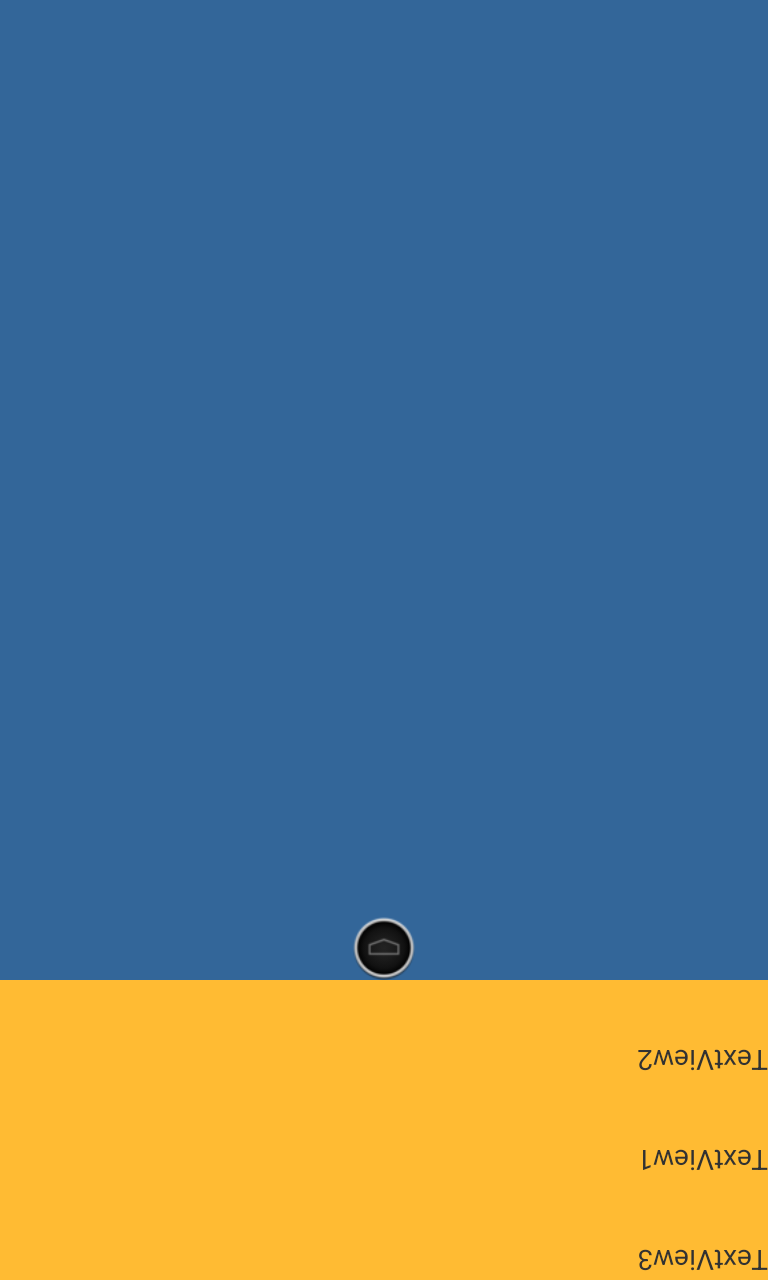
Repository: complexityclass/GosClient
Layout: Client/res/layout/activity_service.xml
These files come from the project's save history. The layout is drawn as it stood at one moment and after the next save; the edit follows.
It is drawn on a 768 x 1280 px phone screen (xhdpi) without system bars, with theme AppTheme; the app's code is not run. Lists and similar views that code fills are empty.

Above is the layout before, as saved 2013-04-19 14:33:17.

### Client/res/layout/activity_service.xml
<?xml version="1.0" encoding="utf-8"?>
<LinearLayout xmlns:android="http://schemas.android.com/apk/res/android"
    android:layout_width="fill_parent"
    android:layout_height="fill_parent"
    android:orientation="vertical" >

    <SlidingDrawer
        android:id="@+id/drawer"
        android:layout_width="fill_parent"
        android:layout_height="match_parent"
        android:background="#336699"
        android:content="@+id/content"
        android:handle="@+id/handle"
        android:rotation="0" >

        <LinearLayout
            android:id="@id/content"
            android:layout_width="fill_parent"
            android:layout_height="fill_parent"
            android:orientation="vertical"
            android:rotation="0" >

            <ExpandableListView
                android:id="@+id/exListView"
                android:layout_width="fill_parent"
                android:layout_height="wrap_content"
                android:background="@drawable/back"
                android:indicatorLeft="250dp"
                android:indicatorRight="300dp" />
        </LinearLayout>

        <LinearLayout
            android:id="@id/handle"
            android:layout_width="match_parent"
            android:layout_height="wrap_content"
            android:orientation="vertical"
            android:rotation="180" >

            <LinearLayout
                android:id="@+id/linlay"
                android:layout_width="match_parent"
                android:layout_height="wrap_content"
                android:orientation="vertical" >

                <TextView
                    android:id="@+id/textView3"
                    android:layout_width="match_parent"
                    android:layout_height="50dp"
                    android:background="@android:color/holo_orange_light"
                    android:text="TextView3" />

                <TextView
                    android:id="@+id/textView1"
                    android:layout_width="match_parent"
                    android:layout_height="50dp"
                    android:background="@android:color/holo_orange_light"
                    android:text="TextView1" />

                <TextView
                    android:id="@+id/textView2"
                    android:layout_width="match_parent"
                    android:layout_height="50dp"
                    android:background="@android:color/holo_orange_light"
                    android:text="TextView2" />
            </LinearLayout>

            <ImageView
                android:id="@+id/imageView23"
                android:layout_width="match_parent"
                android:layout_height="fill_parent"
                android:contentDescription="@string/Habarovsk"
                android:src="@drawable/upbutton" />
        </LinearLayout>
    </SlidingDrawer>

</LinearLayout>

### Client/res/values/strings.xml
<?xml version="1.0" encoding="utf-8"?>
<resources>

    <string name="app_name">Client</string>
    <string name="hello_world">Hello world!</string>
    <string name="menu_settings">Settings</string>
    <string name="title_activity_main">MainActivity</string>
    <string name="title_activity_about_us">About us</string>
    <string name="title_activity_news">News</string>
    <string name="title_activity_citizen_reg">Citizens</string>
    <string name="title_activity_agencies">Agencies</string>
    <string name="title_activity_areas_of">Areas</string>
    <string name="agencies_ru">Ведомства</string>
    <string name="about_project_ru">О проекте</string>
    <string name="areas_of_ru">Направления деятельности</string>
    <string name="news_ru">Новости</string>
    <string name="organizations_ru">Организациям</string>
    <string name="electronic_services_ru">Электронные услуги</string>
    <string name="life_situations_ru">Жизненные ситуации</string>
    <string name="information_ru">Информация</string>
    <string name="visitor_statistics_ru">Статистика посещений</string>
    <string name="search_news_ru">Поиск по новостям</string>
    <string name="citizens_ru">Гражданам</string>
    <string name="spots_treatment_ru">Места обращения</string>
    <string name="useful_links_ru">Полезные ссылки</string>
    <string name="universal_card_ru">Развитие универсальной электронной карты</string>
    <string name="faq_ru">Часто задаваемые вопросы</string>
    <string name="title_activity_test">TestActivity</string>
    <string name="title_activity_web_view">WebViewActivity</string>
    <string name="title_section3">Section 3</string>
    <string name="title_section2">Section 2</string>
    <string name="title_section1">Section 1</string>
    <string name="title_activity_swipe">SwipeActivity</string>
    <string name="title_activity_life_situations">LifeSituationsActivity</string>
    <string name="action_settings">Settings</string>
    <string name="label1">Tab 1</string>
    <string name="label2">Tab 2</string>
    <string name="label3">Tab 3</string>
    <string name="federational">Федеральные</string>
    <string name="munitipal">Муниципальные</string>
    <string name="regional">Региональные</string>
    <string name="title_activity_expandable_list_view_test">ExpandableListViewTest</string>
    <string name="title_activity_expandable_list">ExpandableListActivity</string>
    <string name="Habarovsk_Servise">Хабаровск Услуги</string>
    <string name="Habarovsk">Habarovsk</string>
    <string name="title_activity_service">ServiceActivity</string>

</resources>

Loaded but not shown: Client/res/values-v11/styles.xml (common file); Client/res/values-v14/styles.xml (common file); Client/res/values/styles.xml (common file)

After the next save:
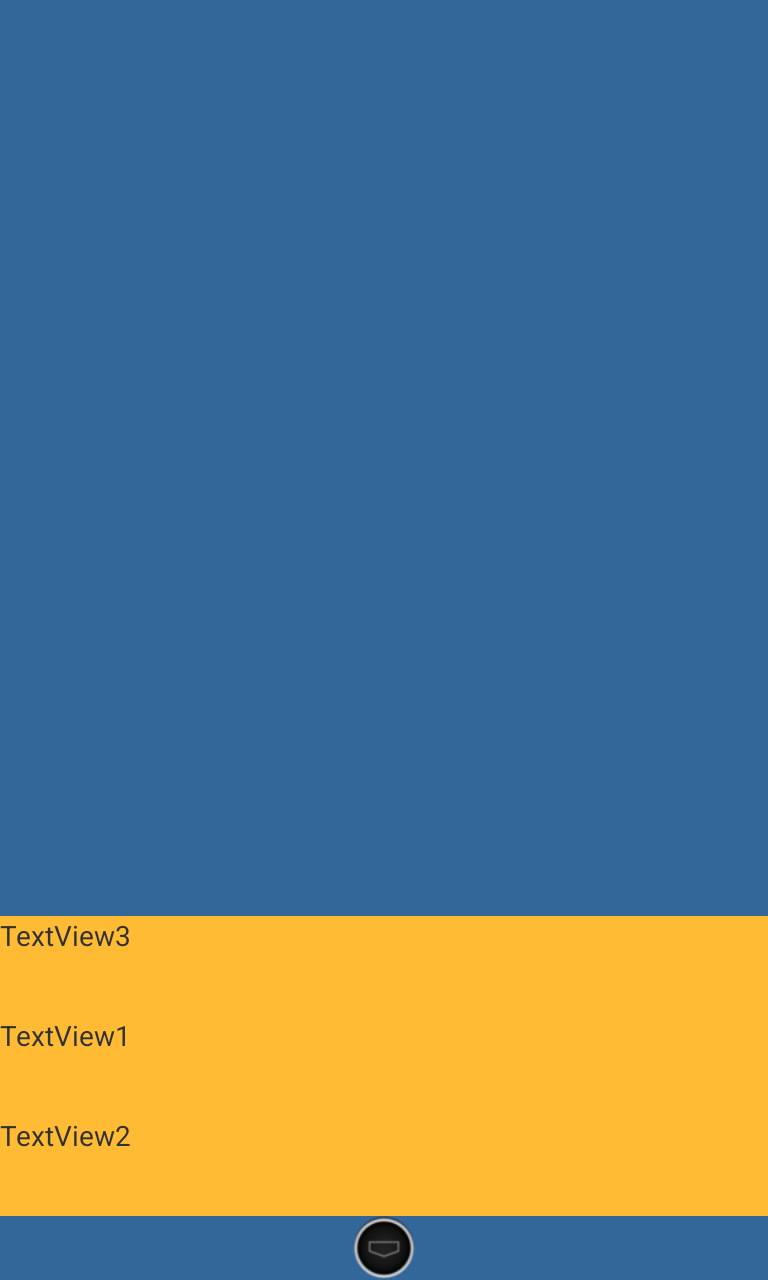
Saved 4 s later.
--- a/Client/res/layout/activity_service.xml
+++ b/Client/res/layout/activity_service.xml
@@ -34,7 +34,7 @@
             android:layout_width="match_parent"
             android:layout_height="wrap_content"
             android:orientation="vertical"
-            android:rotation="180" >
+            android:rotation="0" >
 
             <LinearLayout
                 android:id="@+id/linlay"
